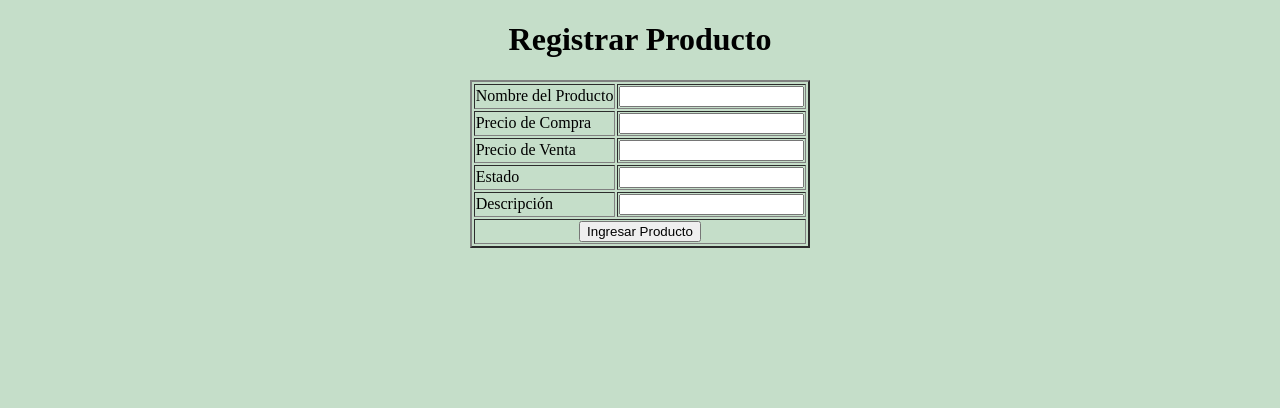
Repository: RubiG-T-L-001/ExamenSustitutorio
Page: http://localhost/ExamenSustitutorio/ControladorProducto
These files come from the project's save history. The page is drawn as it stood at one moment and after the next save; the edit follows.
The browser window is 1280 px wide. The pictures show the whole page.
The page is served by Tomcat 9. Other server files are loaded and not shown.

Above is the page before, as saved 2024-10-19 03:23:59.

### ExamenSustitutorio/src/main/webapp/RegistrarProducto.jsp
<%@ page language="java" contentType="text/html; charset=ISO-8859-1"
    pageEncoding="ISO-8859-1"%>
<!DOCTYPE html PUBLIC "-//W3C//DTD HTML 4.01 Transitional//EN" "http://www.w3.org/TR/html4/loose.dtd">
<html>
<head>
<meta http-equiv="Content-Type" content="text/html; charset=ISO-8859-1">
<title>Insert title here</title>
</head>
<body bgcolor="#c5dec9">
    <h1 align="center">Registrar Producto</h1>
    <form action="ControladorProducto" method="post">
        <table border="2" align="center">
            <tr>
                <td>
                    Nombre del Producto
                </td>
                <td>
                    <input type="text" name="nombresusti" required>
                </td>
            </tr>
            <tr>
                <td>
                    Precio de Compra
                </td>
                <td>
                    <input type="text" name="preciocompsusti" required>
                </td>
            </tr>
            <tr>
                <td>
                    Precio de Venta
                </td>
                <td>
                    <input type="text" name="precioventasusti" required>
                </td>
            </tr>
            <tr>
                <td>
                    Estado
                </td>
                <td>
                    <input type="text" name="estadosusti" required>
                </td>
            </tr>
            <tr>
                <td>
                    Descripción
                </td>
                <td>
                    <input type="text" name="descripsusti" required>
                </td>
            </tr>
            <tr>
                <td colspan="2" align="center">
                    <input type="submit" value="Ingresar Producto">
                </td>
            </tr>
        </table>
    </form>
</body>
</html>

### ExamenSustitutorio/src/main/java/controlador/ControladorProducto.java
package controlador;

import java.io.IOException;
import java.util.List;

import javax.servlet.ServletException;
import javax.servlet.http.HttpServlet;
import javax.servlet.http.HttpServletRequest;
import javax.servlet.http.HttpServletResponse;

import DaoImp.ProductoImp;
import model.TblProductosusti;

/**
 * Servlet implementation class ControladorProducto
 */
public class ControladorProducto extends HttpServlet {
	private static final long serialVersionUID = 1L;

    /**
     * @see HttpServlet#HttpServlet()
     */
    public ControladorProducto() {
        super();
        // TODO Auto-generated constructor stub
    }

	/**
	 * @see HttpServlet#doGet(HttpServletRequest request, HttpServletResponse response)
	 */
	protected void doGet(HttpServletRequest request, HttpServletResponse response) throws ServletException, IOException {
		request.getRequestDispatcher("/RegistrarProducto.jsp").forward(request, response);
	}

	/**
	 * @see HttpServlet#doPost(HttpServletRequest request, HttpServletResponse response)
	 */
	protected void doPost(HttpServletRequest request, HttpServletResponse response) throws ServletException, IOException {
		String nombresusti = request.getParameter("nombresusti");
		double preciocompsusti = Double.parseDouble(request.getParameter("preciocompsusti"));
		double precioventasusti = Double.parseDouble(request.getParameter("precioventasusti"));
		String estadosusti = request.getParameter("estadosusti");
		String descripsusti = request.getParameter("descripsusti");

		TblProductosusti tblprod = new TblProductosusti();
		ProductoImp prodimp = new ProductoImp();


		tblprod.setNombresusti(nombresusti);
		tblprod.setPreciocompsusti(preciocompsusti);
		tblprod.setPrecioventasusti(precioventasusti);
		tblprod.setEstadosusti(estadosusti);
		tblprod.setDescripsusti(descripsusti);


		prodimp.RegistrarProducto(tblprod);


		List<TblProductosusti> listado = prodimp.ListarProducto();


		request.setAttribute("listado", listado);


		request.getRequestDispatcher("/menuprincipal.jsp").forward(request, response);
	}

}

After the next save:
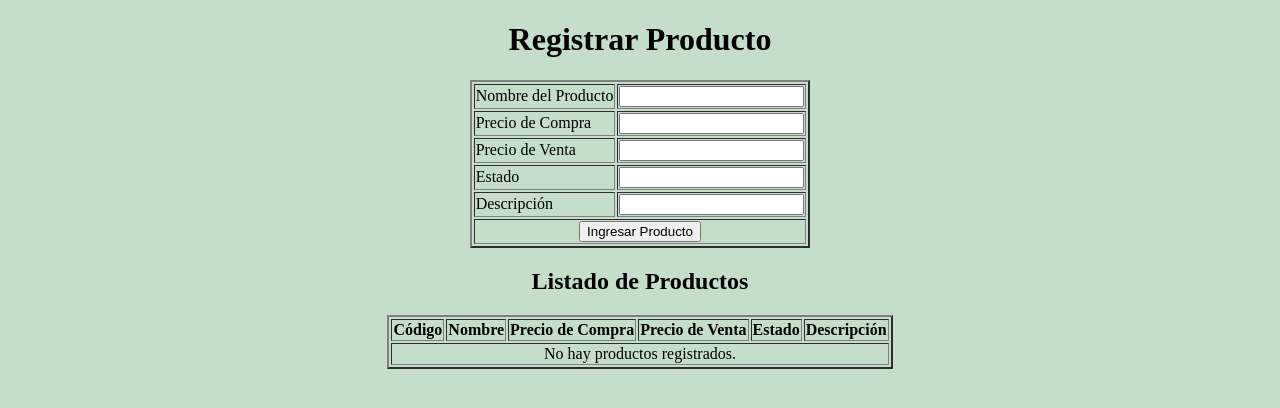
Saved 39 s later.
--- a/ExamenSustitutorio/src/main/webapp/RegistrarProducto.jsp
+++ b/ExamenSustitutorio/src/main/webapp/RegistrarProducto.jsp
@@ -1,5 +1,7 @@
 <%@ page language="java" contentType="text/html; charset=ISO-8859-1"
     pageEncoding="ISO-8859-1"%>
+    <%@ page import="java.util.*" %>
+    <%@ page import="model.*" %>
 <!DOCTYPE html PUBLIC "-//W3C//DTD HTML 4.01 Transitional//EN" "http://www.w3.org/TR/html4/loose.dtd">
 <html>
 <head>
@@ -11,44 +13,24 @@
     <form action="ControladorProducto" method="post">
         <table border="2" align="center">
             <tr>
-                <td>
-                    Nombre del Producto
-                </td>
-                <td>
-                    <input type="text" name="nombresusti" required>
-                </td>
+                <td>Nombre del Producto</td>
+                <td><input type="text" name="nombresusti" required></td>
             </tr>
             <tr>
-                <td>
-                    Precio de Compra
-                </td>
-                <td>
-                    <input type="text" name="preciocompsusti" required>
-                </td>
+                <td>Precio de Compra</td>
+                <td><input type="text" name="preciocompsusti" required></td>
             </tr>
             <tr>
-                <td>
-                    Precio de Venta
-                </td>
-                <td>
-                    <input type="text" name="precioventasusti" required>
-                </td>
+                <td>Precio de Venta</td>
+                <td><input type="text" name="precioventasusti" required></td>
             </tr>
             <tr>
-                <td>
-                    Estado
-                </td>
-                <td>
-                    <input type="text" name="estadosusti" required>
-                </td>
+                <td>Estado</td>
+                <td><input type="text" name="estadosusti" required></td>
             </tr>
             <tr>
-                <td>
-                    Descripción
-                </td>
-                <td>
-                    <input type="text" name="descripsusti" required>
-                </td>
+                <td>Descripción</td>
+                <td><input type="text" name="descripsusti" required></td>
             </tr>
             <tr>
                 <td colspan="2" align="center">
@@ -57,5 +39,48 @@
             </tr>
         </table>
     </form>
+
+    <h2 align="center">Listado de Productos</h2>
+    <table border="2" align="center">
+        <thead>
+            <tr>
+                <th>Código</th>
+                <th>Nombre</th>
+                <th>Precio de Compra</th>
+                <th>Precio de Venta</th>
+                <th>Estado</th>
+                <th>Descripción</th>
+            </tr>
+        </thead>
+        <tbody>
+            <%
+            List<TblProductosusti> listado = (List<TblProductosusti>) request.getAttribute("listado");
+
+            // Aplicamos una condición...
+            if (listado != null) {
+                // Aplicamos un bucle
+                for (TblProductosusti lis : listado) {
+            %>
+                <tr>
+                    <td><%= lis.getIdproductosusti() %></td>
+                    <td><%= lis.getNombresusti() %></td>
+                    <td><%= lis.getPreciocompsusti() %></td>
+                    <td><%= lis.getPrecioventasusti() %></td>
+                    <td><%= lis.getEstadosusti() %></td>
+                    <td><%= lis.getDescripsusti() %></td>
+                </tr>
+            <%
+                }
+            } else {
+            %>
+                <tr>
+                    <td colspan="6" align="center">No hay productos registrados.</td>
+                </tr>
+            <%
+            }
+            %>
+        </tbody>
+    </table>
 </body>
+
 </html>
